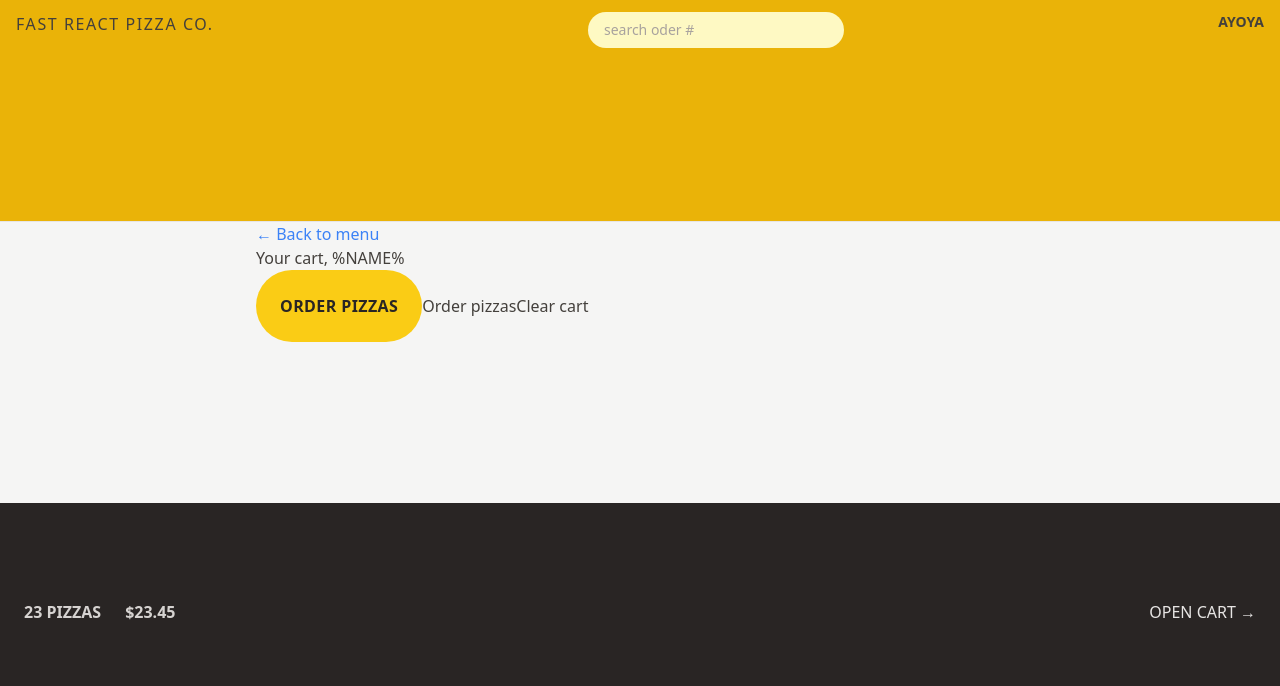
Repository: ayakhaled0001/pizza-delivery
Page: /cart
These files come from the project's save history. The page is drawn as it stood at one moment and after the next save; the edit follows.
The browser window is 1280 px wide. The pictures show the whole page.
The project was rebuilt for these pictures with package versions that can differ from the ones it lists, and the page was loaded fresh each time. Also part of the build but not shown: vite.config.js, src/features/user/CreateUser.jsx, src/ui/Home.jsx, src/services/apiRestaurant.jsx, src/utilities/helpers.jsx, src/features/menu/MenuItem.jsx, src/features/menu/Menu.jsx, src/features/order/Order.jsx and 1 more. Imported but missing from the stored project, and not drawn on this page: src/features/order/CreateOrder.

Above is the page before, as saved 2025-05-01 04:58:36.

### index.html
<!DOCTYPE html>
<html lang="en">
  <head>
    <meta charset="UTF-8" />
    <link rel="icon" type="image/svg+xml" href="/vite.svg" />
    <meta name="viewport" content="width=device-width, initial-scale=1.0" />
    <title>Vite + React</title>
  </head>
  <body class="bg-stone-100 text-stone-700">
    <div id="root"></div>
    <script type="module" src="/src/main.jsx"></script>
  </body>
</html>

### src/App.jsx
import { createBrowserRouter, RouterProvider } from "react-router-dom";
import Home from "./ui/Home";
import Menu, { loader as menuLoader } from "./features/menu/Menu";
import Cart from "./features/cart/Cart";
import CreateOrder, {
  action as CreateOrderAction,
} from "./features/order/CreateOrder";
import Order, { loader as orderLoader } from "./features/order/Order";
import AppLayout from "./ui/AppLayout";
import Error from "./ui/Error";
const router = createBrowserRouter([
  {
    element: <AppLayout />,
    children: [
      { path: "/", element: <Home /> },
      {
        path: "/menu",
        element: <Menu />,
        loader: menuLoader,
        errorElement: <Error />,
      },
      { path: "/cart", element: <Cart /> },
      {
        path: "/order/new",
        element: <CreateOrder />,
        action: CreateOrderAction,
      },
      {
        path: "/order/:orderId",
        element: <Order />,
        loader: orderLoader,
        errorElement: <Error />,
      },
    ],
  },
]);
function App() {
  return <RouterProvider router={router} />;
}

export default App;

### src/index.css
@tailwind base;
@tailwind components;
@tailwind utilities;

@layer components {
  .input {
    @apply w-full rounded-full border
    border-stone-200
    px-4 py-2 text-sm transition-all
    duration-300 focus:outline-none
    focus:ring focus:ring-yellow-400
    md:px-5;
  }
}

/* body {
  font-family: system-ui, -apple-system, BlinkMacSystemFont, "Segoe UI", Roboto,
    Oxygen, Ubuntu, Cantarell, "Open Sans", "Helvetica Neue", sans-serif;
  background-color: #f7f7f7;
  color: #444;
}

.layout {
  display: grid;
  grid-template-rows: auto 1fr auto;
  gap: 32px;
  height: 100dvh;
} */

/* https://dev.to/afif/i-made-100-css-loaders-for-your-next-project-4eje */
.loader {
  width: 45px;
  aspect-ratio: 0.75;
  --c: no-repeat linear-gradient(#333 0 0);
  background: var(--c) 0% 50%, var(--c) 50% 50%, var(--c) 100% 50%;
  background-size: 20% 50%;
  animation: loading 1s infinite linear;
}

@keyframes loading {
  20% {
    background-position: 0% 0%, 50% 50%, 100% 50%;
  }
  40% {
    background-position: 0% 100%, 50% 0%, 100% 50%;
  }
  60% {
    background-position: 0% 50%, 50% 100%, 100% 0%;
  }
  80% {
    background-position: 0% 50%, 50% 50%, 100% 100%;
  }
}

### src/features/cart/Cart.jsx
import { Link } from "react-router-dom";
import LinkButton from "../../ui/LinkButton";
import Button from "../../ui/Button";

const fakeCart = [
  {
    pizzaId: 12,
    name: "Mediterranean",
    quantity: 2,
    unitPrice: 16,
    totalPrice: 32,
  },
  {
    pizzaId: 6,
    name: "Vegetale",
    quantity: 1,
    unitPrice: 13,
    totalPrice: 13,
  },
  {
    pizzaId: 11,
    name: "Spinach and Mushroom",
    quantity: 1,
    unitPrice: 15,
    totalPrice: 15,
  },
];

function Cart() {
  const cart = fakeCart;

  return (
    <div>
      <LinkButton to="/menu">&larr; Back to menu</LinkButton>

      <h2>Your cart, %NAME%</h2>

      <div>
        <Button to="/order/new">Order pizzas</Button>
        <Link>Order pizzas</Link>
        <button>Clear cart</button>
      </div>
    </div>
  );
}

export default Cart;

### src/ui/AppLayout.jsx
import Header from "./Header";
import CartOverview from "../features/cart/CartOverview";
import { Outlet, useNavigation } from "react-router-dom";
import Loader from "./Loader";

function AppLayout() {
  const navigation = useNavigation();
  const isLoading = navigation.state === "loading";
  console.log(navigation.state);
  return (
    <div className="grid h-screen grid-row-[auto_1fr_auto]">
      {isLoading && <Loader />}
      <Header />
      <div className="">
        <main className="max-w-3xl mx-auto">
          <Outlet />
        </main>
      </div>
      <CartOverview />
    </div>
  );
}

export default AppLayout;

### src/ui/LinkButton.jsx
import { Link, useNavigate } from "react-router-dom";

function LinkButton({ children, to }) {
  const navigate = useNavigate();
  if (to === -1)
    return (
      <button
        onClick={() => navigate(-1)}
        className="tex-sm text-blue-500 hover:text-blue-700 hover:underline">
        {children}
      </button>
    );
  return (
    <Link
      to={to}
      className="tex-sm text-blue-500 hover:text-blue-700 hover:underline">
      {children}
    </Link>
  );
}

export default LinkButton;

### src/ui/Button.jsx
import { Link } from "react-router-dom";

function Button({ disabled, children, to }) {
  const className = `bg-yellow-400 uppercase font-semibold
    text-stone-800 py-3 px-4
     inline-block tracking-wide
     rounded-full hover:bg-yellow-300  transition-all duration-300
    focus:outline-none focus:ring focus:ring-yellow-300 focus:ring-offset-2
    disabled:cursor-not-allowed sm:px-6 sm:py-6`;
  if (to)
    return (
      <Link to={to} className={className}>
        {children}
      </Link>
    );
  return (
    <button disabled={disabled} className={className}>
      {children}
    </button>
  );
}

export default Button;

### src/ui/Header.jsx
import { Link } from "react-router-dom";
import SearchOrder from "../features/order/SearchOrder.jsx";
import UserName from "../features/user/UserName.jsx";

function Header() {
  return (
    <header className=" flex justify-between bg-yellow-500 px-4 py-3 uppercase border-b border-stone-200">
      <Link to="/" className="tracking-widest">
        Fast React Pizza Co.
      </Link>
      <SearchOrder />
      <UserName />
    </header>
  );
}

export default Header;

### src/features/cart/CartOverview.jsx
import { Link } from "react-router-dom";

function CartOverview() {
  return (
    <div
      className="bg-stone-800 text-stone-200 uppercase p-4 sm:px-6 px-4 py-4
    md:text-base flex items-center justify-between">
      <p className="text-stone-300 sm:space-x-6 font-semibold space-x-4">
        <span>23 pizzas</span>
        <span>$23.45</span>
      </p>
      <Link to="/cart">Open cart &rarr;</Link>
    </div>
  );
}

export default CartOverview;

### src/features/order/SearchOrder.jsx
import { useState } from "react";
import { useNavigate } from "react-router-dom";

function SearchOrder() {
  const [query, setQuery] = useState("");
  const navigate = useNavigate();
  function handleSubmit(e) {
    e.preventDefault();
    if (!query) return;
    navigate(`/order/${query}`);
    setQuery("");
  }
  return (
    <form onSubmit={handleSubmit}>
      <input
        placeholder="search oder #"
        value={query}
        onChange={(e) => setQuery(e.target.value)}
        className="duration-300 sm:w-64 focus:outline-none focus:ring
         focus:ring-yellow-500 focus:ring-opacity-50  sm:focus:w-72 transition-all w-28
         bg-yellow-100 rounded-full px-4 py-2 text-sm placeholder:text-stone-400"
      />
    </form>
  );
}

export default SearchOrder;

### src/features/user/UserName.jsx
function UserName() {
  return <div className="hidden md:block text-sm font-semibold">ayoya</div>;
}

export default UserName;

Loaded but not shown: src/main.jsx (common file); tailwind.config.js (common file); src/ui/Loader.jsx (common file)

After the next save:
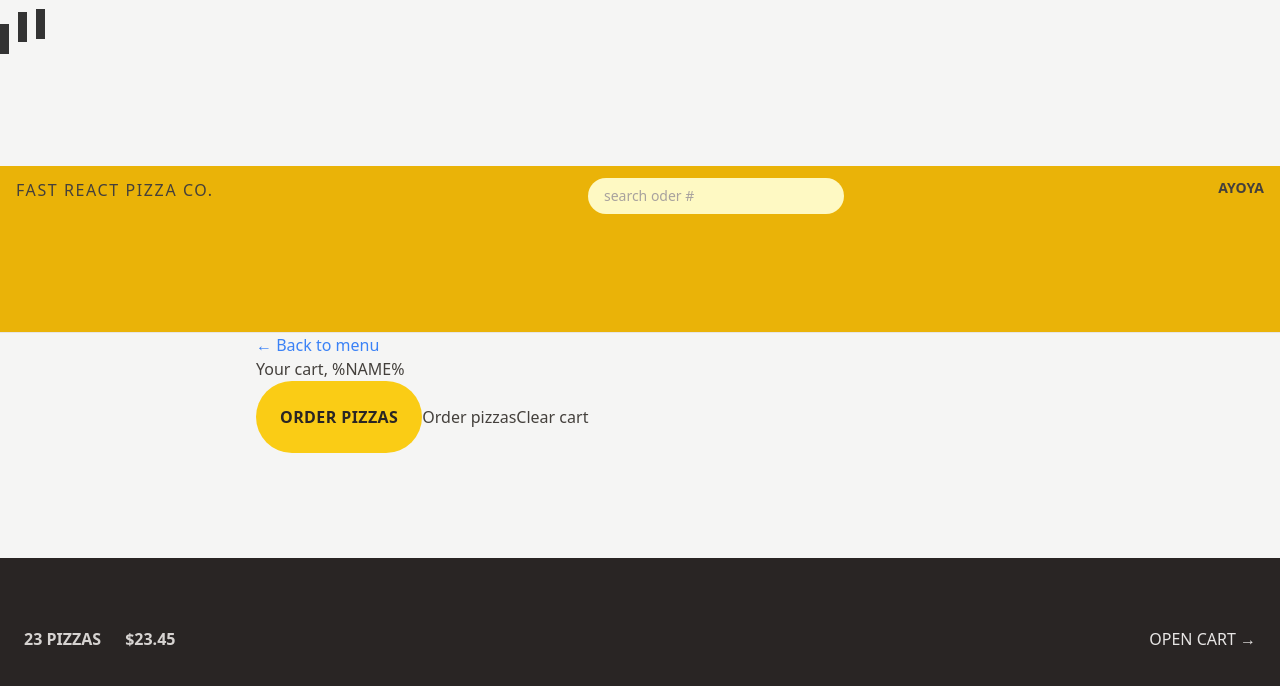
Saved 3 min 15 s later.
--- a/src/ui/AppLayout.jsx
+++ b/src/ui/AppLayout.jsx
@@ -9,7 +9,8 @@ function AppLayout() {
   console.log(navigation.state);
   return (
     <div className="grid h-screen grid-row-[auto_1fr_auto]">
-      {isLoading && <Loader />}
+      {/* {isLoading && <Loader />} */}
+      {true && <Loader />}
       <Header />
       <div className="">
         <main className="max-w-3xl mx-auto">
